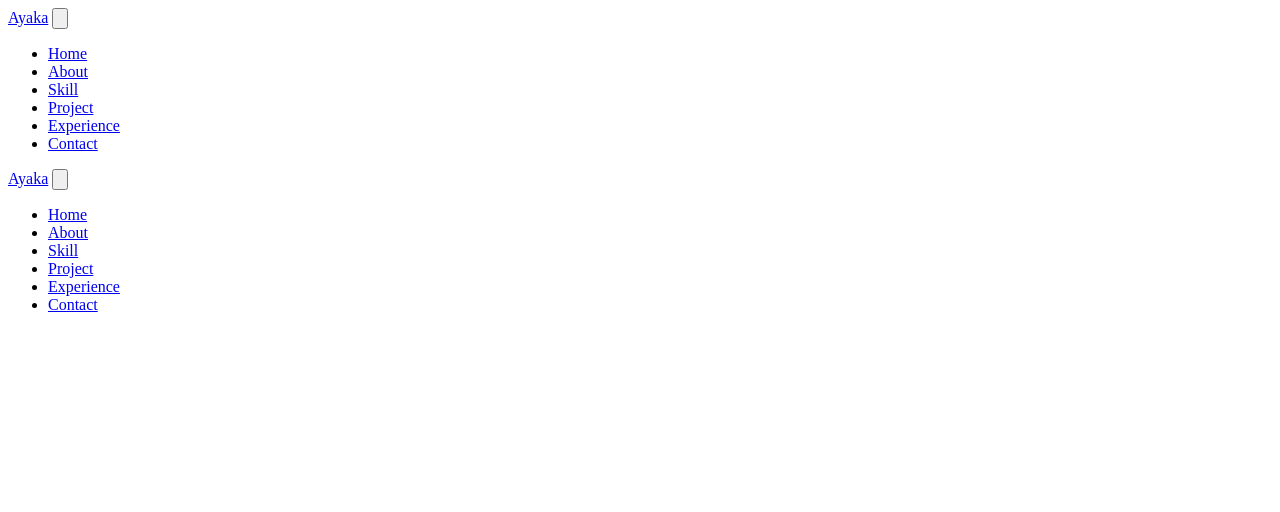
Repository: Cornerstone-CICCC/web-1-midterm-project-alj64329
Page: project2/index.html
The author's editor kept a copy of each file at every save. The page is drawn from the files as they stood at one save, then again after the next save.
The browser window is 1280 px wide. The pictures show the whole page.

Above is the page before, as saved 2025-06-28 00:56:03.

After the next save:
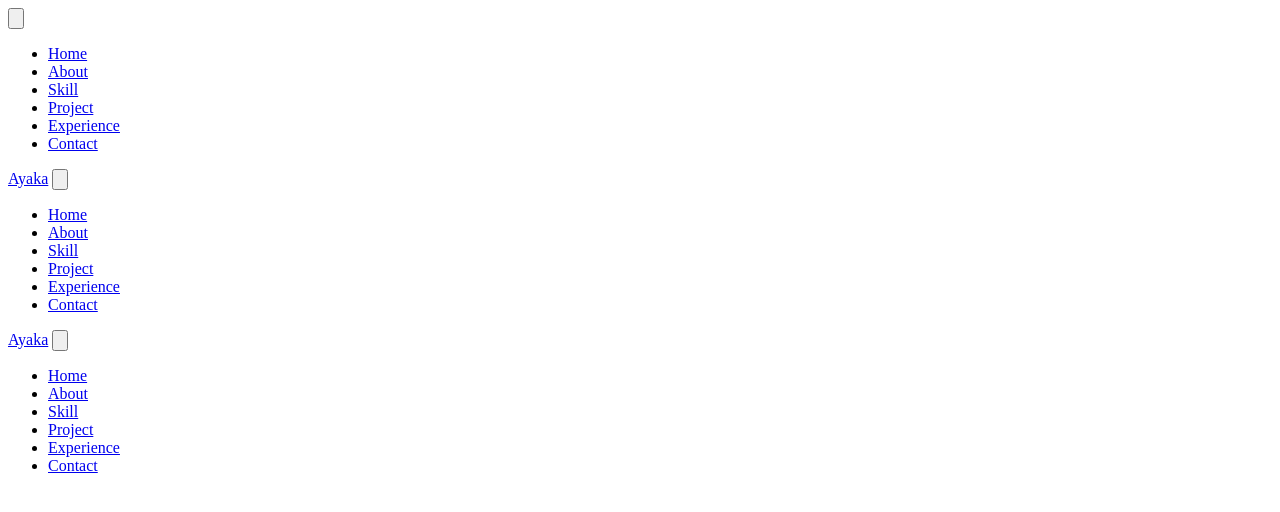
Saved 20 s later.
--- a/project2/index.html
+++ b/project2/index.html
@@ -1,3 +1,41 @@
+<!DOCTYPE html>
+<html lang="en">
+<head>
+    <meta charset="UTF-8">
+    <meta name="viewport" content="width=device-width, initial-scale=1.0">
+    <title>Document</title>
+    <link rel="stylesheet" href="">
+</head>
+<body>
+    <header class="navbar">
+        <div class="navbar-container">
+            <button id="menu-toggle" class="menu-button" aria-label="Toggle menu">
+                <img id="menu-icon" src="/assets/menu.svg" alt="toggle"/>
+            </button>
+
+            <nav class="nav-links destop-nav">
+                <ul class="nav-li">
+                    <li class="nav-li">
+                        <a href="#home">Home</a>
+                    </li>
+                    <li class="nav-li"><a href="#about">About</a>
+                    </li>
+                    <li class="nav-li"><a href="#skill">Skill</a>
+                    </li>
+                    <li class="nav-li"><a href="#project">Project</a>
+                    </li>
+                    <li class="nav-li"><a href="#experience">Experience</a>
+                    </li>
+                    <li class="nav-li"><a href="#conatct">Contact</a>
+                    </li>
+                </ul>
+            </nav>
+        </div>
+    </header>
+
+
+</body>
+</html>
 <!DOCTYPE html>
 <html lang="en">
 <head>
